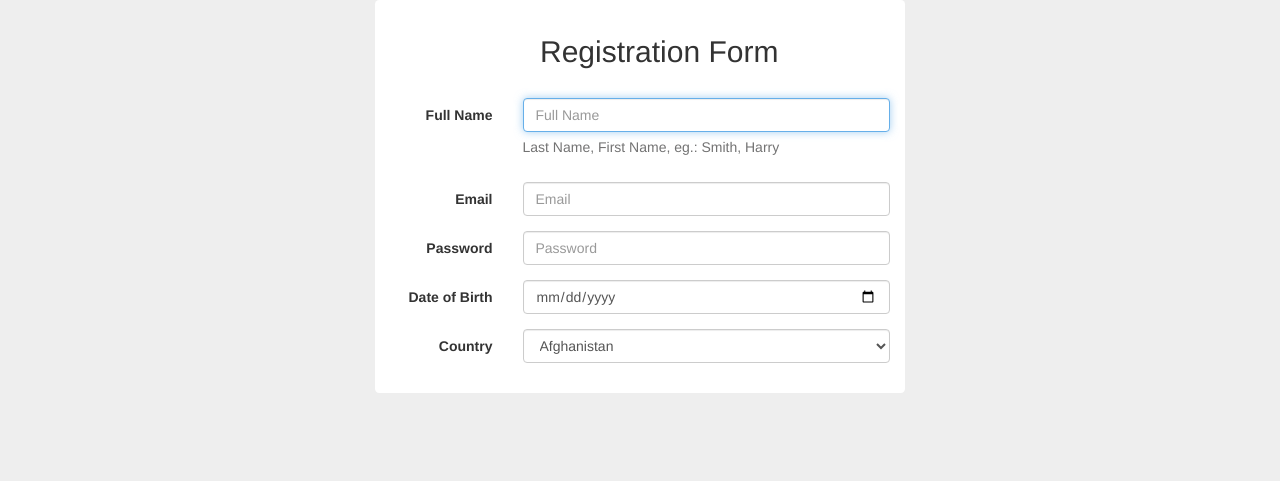
Repository: MeghaNagari/PracticeAtVMC
Page: Practice/VuePractice/WebContent/LoginDisplay.html
The author's editor kept a copy of each file at every save. The page is drawn from the files as they stood at one save, then again after the next save.
The browser window is 1280 px wide. The pictures show the whole page.
Some web libraries are served in a nearby version.

Above is the page before, as saved 2018-03-20 17:39:28.
Console error (its wording comes from the project's code and is left out).

### Practice/VuePractice/WebContent/LoginDisplay.html
<link href="//netdna.bootstrapcdn.com/bootstrap/3.2.0/css/bootstrap.min.css" rel="stylesheet" id="bootstrap-css">
<script src="//netdna.bootstrapcdn.com/bootstrap/3.2.0/js/bootstrap.min.js"></script>
<script src="//code.jquery.com/jquery-1.11.1.min.js"></script>
<link rel="stylesheet" href="css/LoginStyle.css">
<script src="https://cdn.jsdelivr.net/npm/vue/dist/vue.js"></script>
<!------ Include the above in your HEAD tag ---------->

<div class="container">
           <div id="parent"> <form v-on:submit.prevent="my-component"  class="form-horizontal" role="form">
                <h2>Registration Form</h2>
                <div class="form-group">
                    <label for="firstName" class="col-sm-3 control-label">Full Name</label>
                    <div class="col-sm-9">
                        <input type="text" v-model="firstName" placeholder="Full Name" class="form-control" autofocus>
                        <span class="help-block">Last Name, First Name, eg.: Smith, Harry</span>
                    </div>
                </div>
                <div class="form-group">
                    <label for="email" class="col-sm-3 control-label">Email</label>
                    <div class="col-sm-9">
                        <input type="email" v-model="email" placeholder="Email" class="form-control">
                    </div>
                </div>
                <div class="form-group">
                    <label for="password" class="col-sm-3 control-label">Password</label>
                    <div class="col-sm-9">
                        <input type="password" v-model="password" placeholder="Password" class="form-control">
                    </div>
                </div>
                <div class="form-group">
                    <label for="birthDate" class="col-sm-3 control-label">Date of Birth</label>
                    <div class="col-sm-9">
                        <input type="date" v-model="birthDate" class="form-control">
                    </div>
                </div>
                <div class="form-group">
                    <label for="country" class="col-sm-3 control-label">Country</label>
                    <div class="col-sm-9">
                        <select id="country" class="form-control">
                            <option>Afghanistan</option>
                            <option>Bahamas</option>
                            <option>Cambodia</option>
                            <option>Denmark</option>
                            <option>Ecuador</option>
                            <option>Fiji</option>
                            <option>Gabon</option>
                            <option>Haiti</option>
                        </select>
                    </div>
                </div> <!-- /.form-group -->

               <my-component></my-component>

            </form> <!-- /form -->
            </div>



        </div> <!-- ./container -->

        <script>
        new Vue({
        	el:"#parent",
        	data:{
        		firstName:"",
        		email:"",
        		password:"",
        		birthDate:""
        	},
        	components: {
        	    // <my-component> will only be available in parent's template
        	    'my-component': Child
        	  }
        	})



        var Child = {
        	  template: '<div>A custom component!</div>'
        	}


        </script>

### Practice/VuePractice/WebContent/css/LoginStyle.css
body {
    background-color: #eee;
}

*[role="form"] {
    max-width: 530px;
    padding: 15px;
    margin: 0 auto;
    background-color: #fff;
    border-radius: 0.3em;
}

*[role="form"] h2 {
    margin-left: 5em;
    margin-bottom: 1em;
}

After the next save:
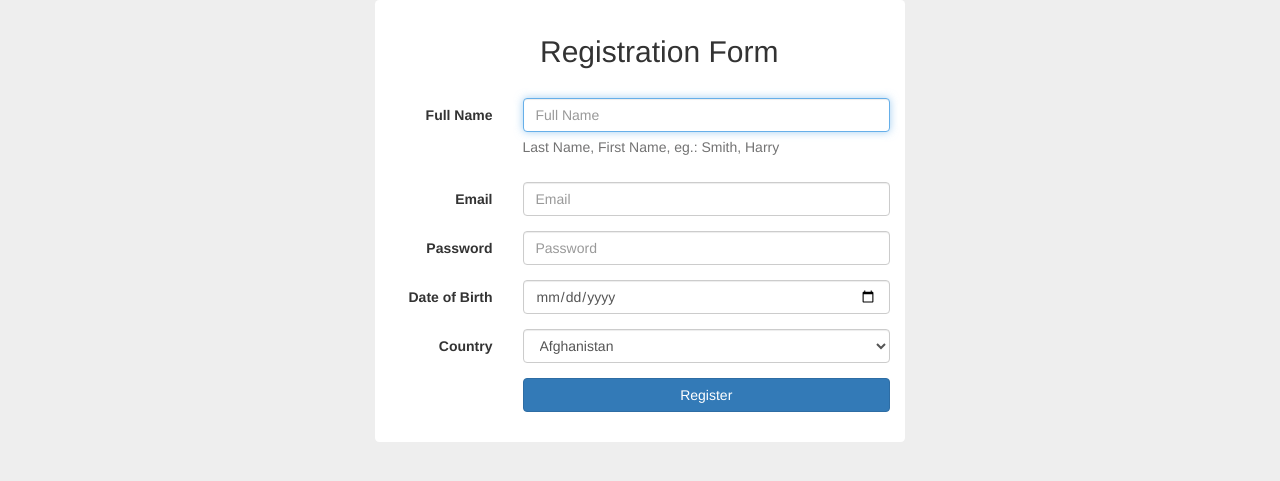
Saved 105 s later.
--- a/Practice/VuePractice/WebContent/LoginDisplay.html
+++ b/Practice/VuePractice/WebContent/LoginDisplay.html
@@ -49,9 +49,21 @@
                     </div>
                 </div> <!-- /.form-group -->
 
+
+             <div class="form-group">
+                    <div class="col-sm-9 col-sm-offset-3">
+                        <button type="submit" class="btn btn-primary btn-block">Register</button>
+                    </div>
+                </div>
+
+
                <my-component></my-component>
 
+
+
             </form> <!-- /form -->
+
+
             </div>
 
 
